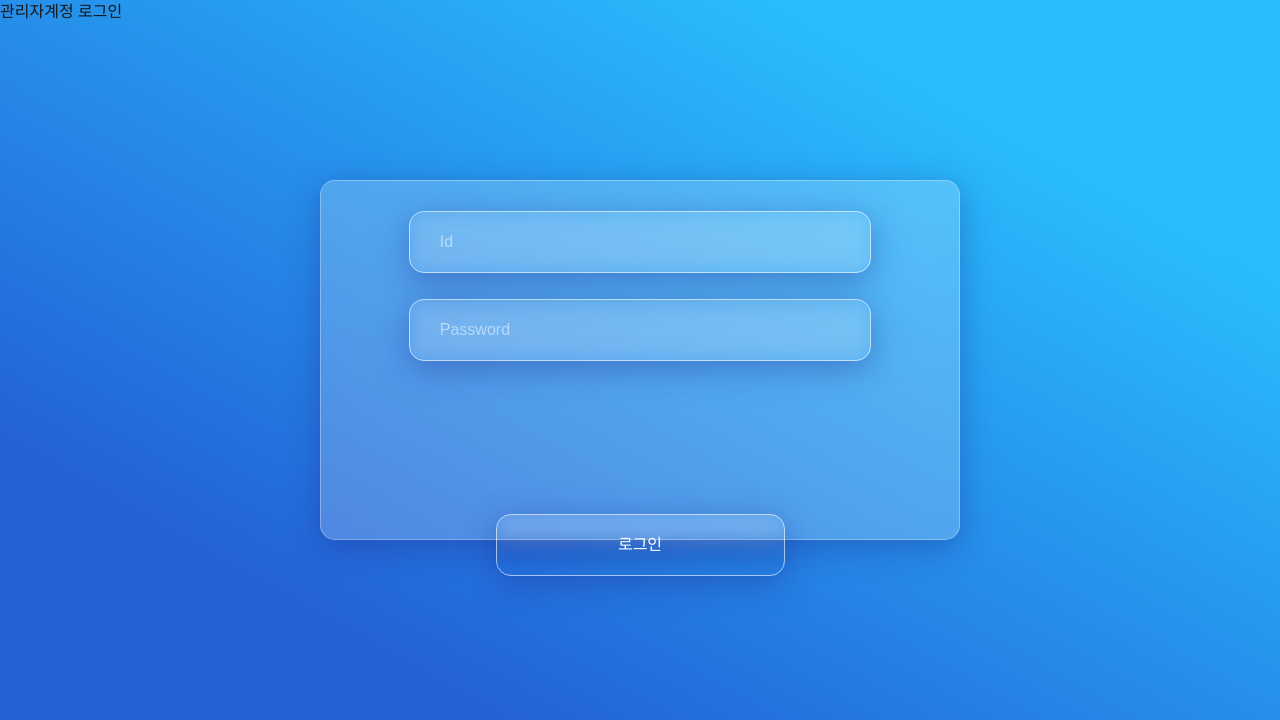
Repository: LEEYONGJUN3068/cms
Page: /login
These files come from the project's save history. The page is drawn as it stood at one moment and after the next save; the edit follows.
The browser window is 1280 px wide. The pictures show the whole page.
The page's requests for data from a server got no answer. The project was rebuilt for these pictures with package versions that can differ from the ones it lists, and the page was loaded fresh each time. The framework's server and built-in components were replaced by stand-ins that run in the browser. No one was signed in, and anything a server would have sent is missing. Also part of the build but not shown: next.config.mjs.

Above is the page before, as saved 2025-09-23 13:55:29.

After the next save:
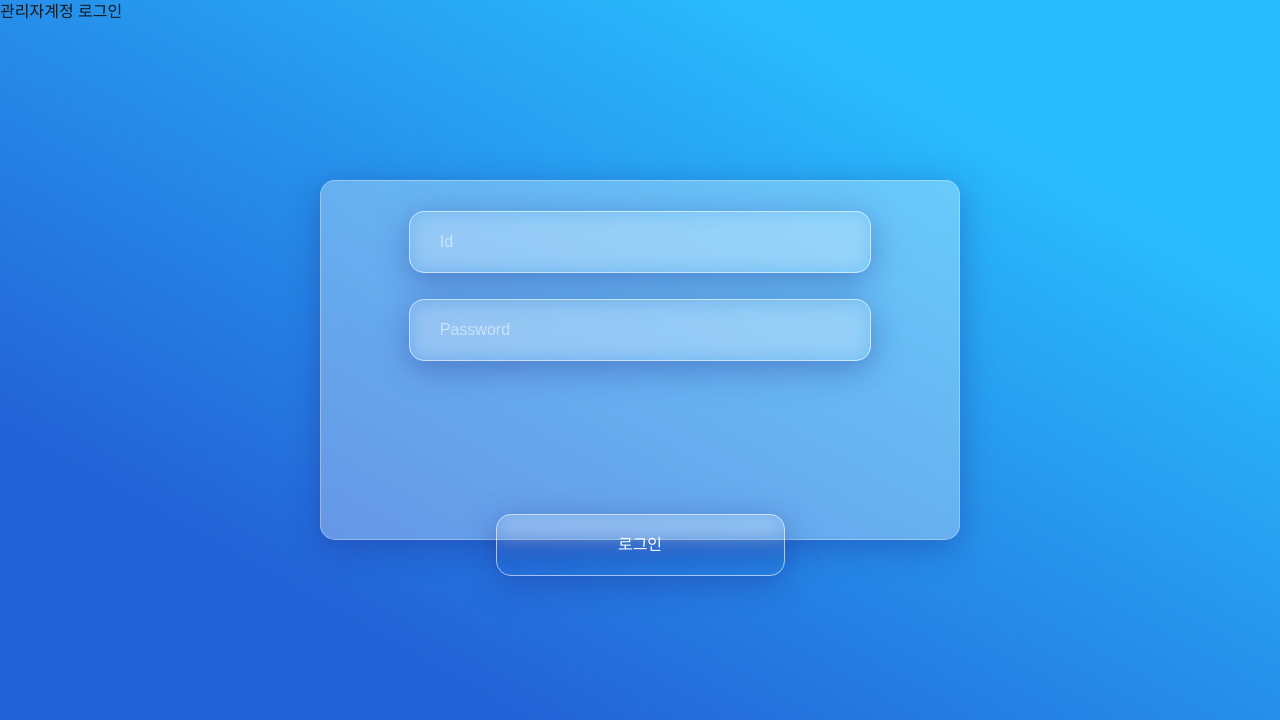
Saved 67 s later.
--- a/src/app/login/login.module.scss
+++ b/src/app/login/login.module.scss
@@ -10,7 +10,7 @@
         transform: translate(-50%, -50%);
         width: 50%;
         height: 50vh;
-        background: rgba(255, 255, 255, 0.2);
+        background: rgba(255, 255, 255, 0.3);
         backdrop-filter: blur(10px);
         -webkit-backdrop-filter: blur(10px); /* Safari 브라우저 지원 */
         border: 1px solid rgba(255, 255, 255, 0.3);
